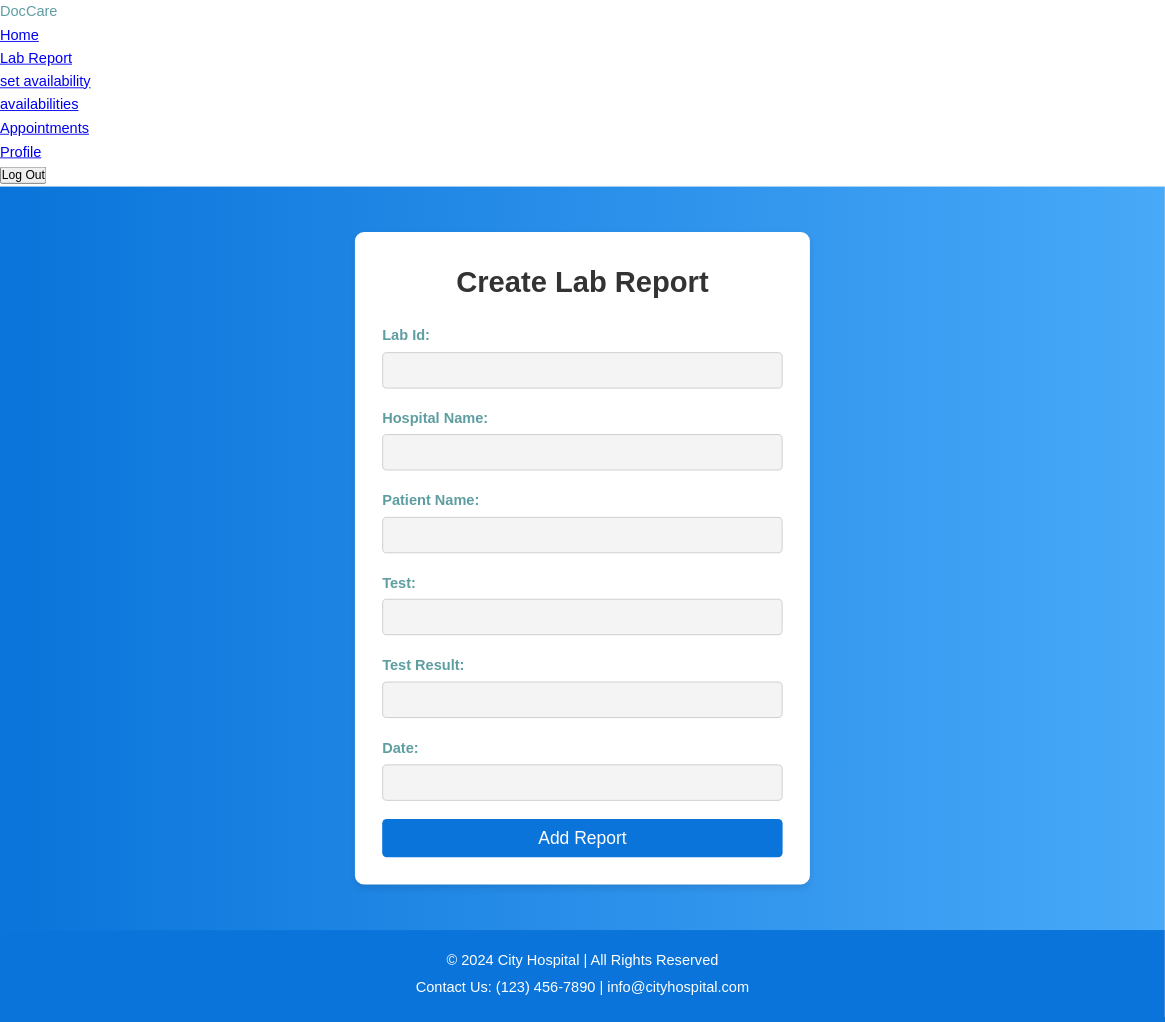
Repository: MonaliWatareka/echanneling
Page: http://localhost/PatientDemo/LabReportCreate.jsp
An editor plug-in stored every save of this project. The page is shown before and after the next save, followed by the edit.
The browser window is 1280 px wide. The pictures show the whole page, at 91% of full size.
The page is served by Tomcat 10. Other server files are loaded and not shown.

Above is the page before, as saved 2024-10-13 07:39:02.

### Project/PatientDemo/src/main/webapp/LabReportCreate.jsp
<%@ page language="java" contentType="text/html; charset=UTF-8"
    pageEncoding="UTF-8"%>
 <!DOCTYPE html>
<html>
<head>
<meta charset="UTF-8">
<title>Insert title here</title>
<link rel="stylesheet" href="${pageContext.request.contextPath}/css/LabReportCreate.css">
<link rel="stylesheet" href="${pageContext.request.contextPath}/css/Home.css">
</head>
<body>
    <header>
            <nav class="navbar">
                <div class="logo">DocCare</div>
                <ul class="nav-links">
                    <li><a href="#" class="link active" >Home</a></li>
                     <li><a href="#" class="link ">Lab Report</a></li>
                    <li><a href="set" class="link ">set availability</a></li>

                    <li><a href="display" class="link ">availabilities</a></li>
                    <li><a href="AppointmentDisplayServlet" class="link ">Appointments</a></li>
                    <li><a href="PatientAccServlet" class="link ">Profile</a></li>
                </ul>
                <div class="auth-buttons">

                    <form action="logoutServlet" method="get">
                        <button type="submit" class="btn">Log Out</button>
                    </form>
                </div>
            </nav>
        </header>

<section id="profile-section">
    <div class="profile-container">
        <h2>Create Lab Report</h2>
        <form action="insert" method="post">
            <div class="profile-field">
                <label for="HID">Lab Id:</label>
                <input type="text" id="id" name="lid" readonly>
            </div>
            <div class="profile-field">
                <label for="Hname">Hospital Name:</label>
                <input type="text" id="id" name="hname" required>
            </div>


            <div class="profile-field">
                <label for="Pname">Patient Name:</label>
                <input type="text" id="id" name="pname" required>
            </div>
            <div class="profile-field">
                <label for="test">Test:</label>
                <input type="text" id="name" name="test" required>
            </div>
            <div class="profile-field">
                <label for="details">Test Result:</label>
                <input type="text" id="address" name="details" required>
            </div>
            <div class="profile-field">
                <label for="date">Date:</label>
                <input type="text" id="phone" name="date" required>
            </div>

            <button type="submit" class="update-btn">Add Report</button>
        </form>
    </div>
</section>

    <footer>
        <div class="footer-container">
            <p>© 2024 City Hospital | All Rights Reserved</p>
            <p>Contact Us: (123) 456-7890 | info@cityhospital.com</p>
        </div>
    </footer>
</body>
</html>

### Project/PatientDemo/src/main/webapp/css/LabReportCreate.css
@charset "UTF-8";
#profile-section {
    background: linear-gradient(to right, #0a74da, #48a9f8);
    padding: 50px 20px;
    display: flex;
    justify-content: center;
    align-items: center;
}

.profile-container {
    background-color: #fff;
    padding: 30px;
    border-radius: 10px;
    width: 500px;
    box-shadow: 0 4px 8px rgba(0, 0, 0, 0.1);
    text-align: center;
}

.profile-container h2 {
    font-size: 2rem;
    margin-bottom: 20px;
    color: #333;
}

.profile-field {
    margin-bottom: 20px;
}

.profile-field label {
    display: block;
    text-align: left;
    font-size: 1rem;
    font-weight: bold;
    margin-bottom: 5px;
}

.profile-field input {
    width: 100%;
    padding: 10px;
    border-radius: 5px;
    border: 1px solid #ccc;
    font-size: 1rem;
    background-color: #f4f4f4;
}

.update-btn {
    background-color: #0a74da;
    color: #fff;
    padding: 10px 20px;
    border-radius: 5px;
    border: none;
    font-size: 1.2rem;
    cursor: pointer;
    width: 100%;
}

.update-btn:hover {
    background-color: #0056a3;
}

### Project/PatientDemo/src/main/webapp/css/Home.css
@charset "UTF-8";

* {
    margin: 0;
    padding: 0;
    box-sizing: border-box;
}

body {
    font-family: Arial, sans-serif;
    line-height: 1.6;
    color: cadetblue;
}




#hero {
    background: url('https://www.example.com/hospital-banner.jpg') no-repeat center center/cover;
    height: 70vh;
    display: flex;
    justify-content: center;
    align-items: center;
    color: #fff;
    text-align: center;
}

#hero h2 {
    font-size: 3rem;
    margin-bottom: 20px;
}

#hero p {
    font-size: 1.2rem;
    margin-bottom: 30px;
}

.cta-btn {
    background-color: #fff;
    color: #fff;
    padding: 10px 20px;
    border-radius: 5px;
    text-decoration: none;
    font-size: 1.2rem;
}


#services {
    padding: 50px 20px;
    background-color: #f4f4f4;
    text-align: center;
}

#services h2 {
    font-size: 2.5rem;
    margin-bottom: 40px;
}

.services-container {
    display: flex;
    justify-content: space-around;
    flex-wrap: wrap;
}

.service-box {
    background-color: #fff;
    padding: 20px;
    margin: 20px;
    border-radius: 10px;
    box-shadow: 0 4px 8px rgba(0, 0, 0, 0.1);
    flex-basis: 20%;
    text-align: center;
}

.service-box h3 {
    font-size: 1.8rem;
    margin-bottom: 15px;
}

.service-box p {
    font-size: 1rem;
}

footer {
    background-color: #0a74da;
    color: #fff;
    padding: 20px;
    text-align: center;
}

footer p {
    margin-bottom: 5px;
}

### Project/PatientDemo/src/main/webapp/css/login.css

* {
    margin: 0;
    padding: 0;
    box-sizing: border-box;
    font-family: 'Arial', sans-serif;
}

body {

    background-color: #fff ;
    display: flex;
    flex-direction: column;
    justify-content: flex-start;
    align-items: center;
    height: 100vh;
}

/* Navigation Bar */
.nav {
    width: 100%;
    height: 80px;
    background:rgb(255, 255, 255);
    display: flex;
    justify-content: space-between;
    align-items: center;
    padding: 0 50px;
    position: fixed;
    top: 0;
    left: 0;
    z-index: 100;
}

.nav-logo p {
    color: #000000;
    font-size: 24px;
    font-weight: bold;
}

.nav-menu ul {
    list-style: none;
    display: flex;
}

.nav-menu ul li {
    margin-right: 20px;
}

.nav-menu ul li a {
    color: #000000;
    text-decoration: none;
    font-size: 15px;
    transition: color 0.3s ease;
}

.nav-menu ul li a:hover,
.nav-menu ul li a.active {
    color:cadetblue;
}

.nav-button .btn {
    background-color: cadetblue;
    color: #fff;
    padding: 10px 20px;
    border: none;
    cursor: pointer;
    border-radius: 30px;
    transition: background-color 0.3s ease;
}

.nav-button .btn:hover {
    background-color: lightblue;
}

/* Wrapper and Form Styles */
.wrapper {

    width: 90%;
    max-width: 400px;
    padding: 20px;
    border: none;
    position: relative;
    margin-top: 120px;
    display: flex;
    justify-content: center;
    align-items: center;
    flex-direction: column;

}

.form-box {
    width: 500px;
    position: relative;

}

header {
    font-size: 20px;
    margin-top: 10px;
    font-weight: bold;
    margin-bottom: 20px;
    text-align: center;
}
label{
    font-size: 12px;
    margin-left: 10px;

}
.input-box {
    position: relative;

    margin-bottom: 20px;
}

.input-box i {
    position: absolute;
    left: 10px;
    top: 20px;
    color: #888;
}

.input-field {
    width: 95%;
    margin-top: 10px;
    padding: 10px 40px;
    border: 1px solid #ddd;
    border-radius: 25px;
    font-size: 14px;
}

.submit {
    width: 100%;
    padding: 10px;
    background-color: cadetblue;
    color: #fff;
    border: none;
    border-radius: 25px;
    cursor: pointer;
    font-size: 14px;
    transition: background-color 0.3s ease;
}

.submit:hover {
    background-color: lightblue;
}

.login-container,
.register-container {
    display: none;
    position: absolute;
    width: 100%;
    border: cadetblue solid;
    border-radius: 25px;
    padding: 20px;
    box-shadow: 8px 8px rgba(0, 0, 0, 0.1);

}
.form-container{

    width: 100%;
    max-width: 500px;
    margin: 0 auto;
    border: cadetblue solid;

    padding: 20px;
    box-shadow: 8px 8px rgba(0, 0, 0, 0.1);
    display: flex;
    flex-direction: column;
    padding: 0 10px;

}


.login-container.active,
.register-container.active {
    display: block;

}
.input-box select.input-field {
    padding: 10px 40px;
    -webkit-appearance: none; /* Remove default dropdown arrow appearance in WebKit browsers */
    -moz-appearance: none; /* Remove default dropdown arrow appearance in Mozilla browsers */
    appearance: none; /* Remove default dropdown arrow appearance in all browsers */
}
span {

    font-size: 20px;
    display: block;
    margin-bottom: 20px;
    text-align: center;
}

span a {
    color: cadetblue;
    cursor: pointer;
    text-decoration: none;
}

span a:hover {
    text-decoration: underline;
}

@media (max-width: 768px) {
    .nav {
        padding: 0 20px; /* Reduced padding for smaller screens */
        height: 60px; /* Adjusted height */
    }

    .nav-logo p {
        font-size: 20px; /* Smaller font size for logo */
    }

    .nav-menu ul li {
        margin-right: 10px; /* Reduced margin for menu items */
    }

    .nav-menu ul li a {
        font-size: 10px; /* Smaller font size for links */
    }

    .wrapper {
        width: 90%;
        margin-top: 100px; /* Adjust margin to fit screen */
    }

    header {
        font-size: 24px; /* Smaller font size for header */
    }

    .input-field {
        font-size: 14px; /* Smaller font size for input fields */
    }

    .submit {
        font-size: 14px; /* Smaller font size for submit button */
    }

    span {
        font-size: 15x; /* Smaller font size for span */
    }
}

@media (max-width: 480px) {
    .nav {
        padding: 0 10px; /* Further reduced padding for very small screens */
        height: 50px; /* Adjusted height */
    }

    .nav-logo p {
        font-size: 18px; /* Even smaller font size for logo */
    }

    .nav-menu ul li {
        margin-right: 5px; /* Further reduced margin for menu items */
    }

    .nav-menu ul li a {
        font-size: 8px; /* Even smaller font size for links */
    }

    .wrapper {
        margin-top: 80px; /* Further adjusted margin */
    }

    header {
        font-size: 20px; /* Smaller font size for header */
    }

    .input-field {
        font-size: 12px; /* Smaller font size for input fields */
    }

    .submit {
        font-size: 12px; /* Smaller font size for submit button */
    }

    span {
        font-size: 18px; /* Smaller font size for span */
    }
}

After the next save:
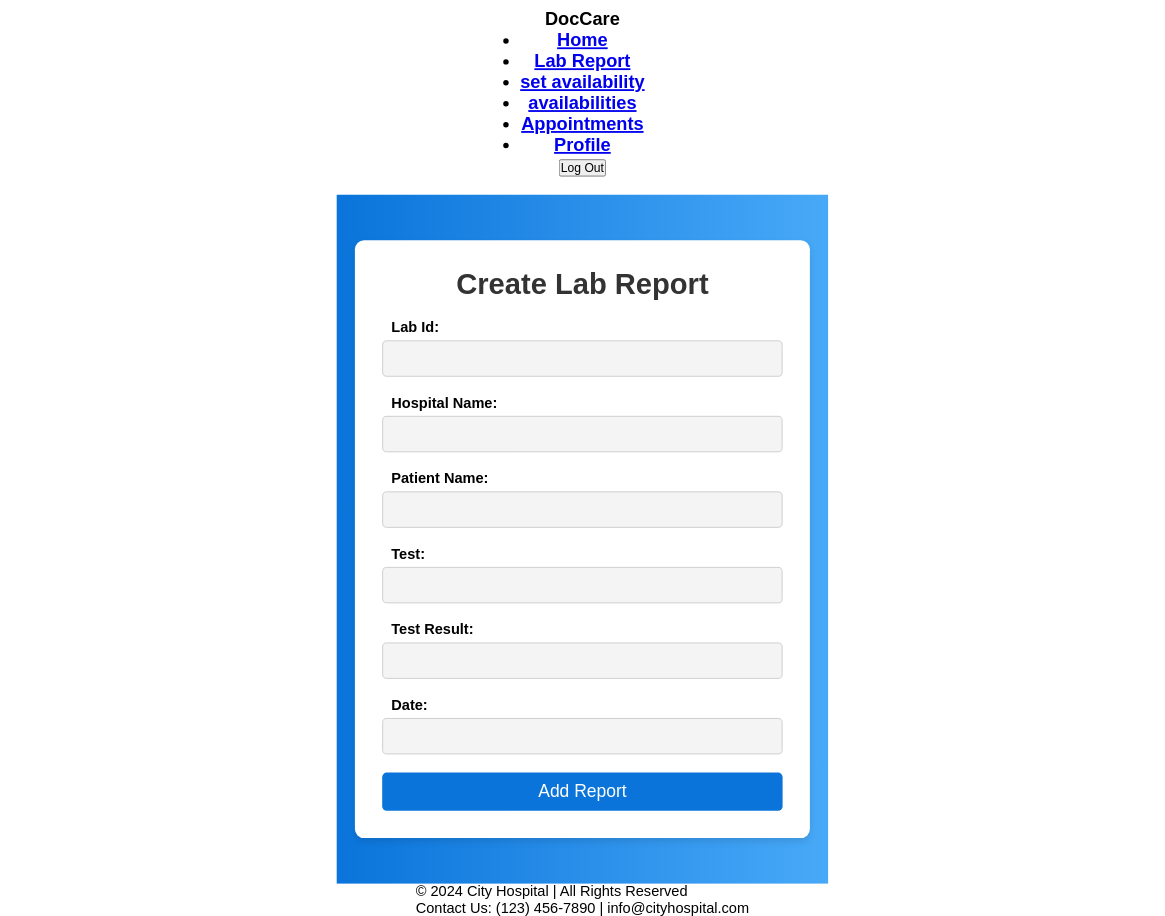
Saved 2 min 9 s later.
--- a/Project/PatientDemo/src/main/webapp/LabReportCreate.jsp
+++ b/Project/PatientDemo/src/main/webapp/LabReportCreate.jsp
@@ -6,7 +6,7 @@
 <meta charset="UTF-8">
 <title>Insert title here</title>
 <link rel="stylesheet" href="${pageContext.request.contextPath}/css/LabReportCreate.css">
-<link rel="stylesheet" href="${pageContext.request.contextPath}/css/Home.css">
+<link rel="stylesheet" href="${pageContext.request.contextPath}/css/login.css">
 </head>
 <body>
     <header>

After the 2 saves that followed:
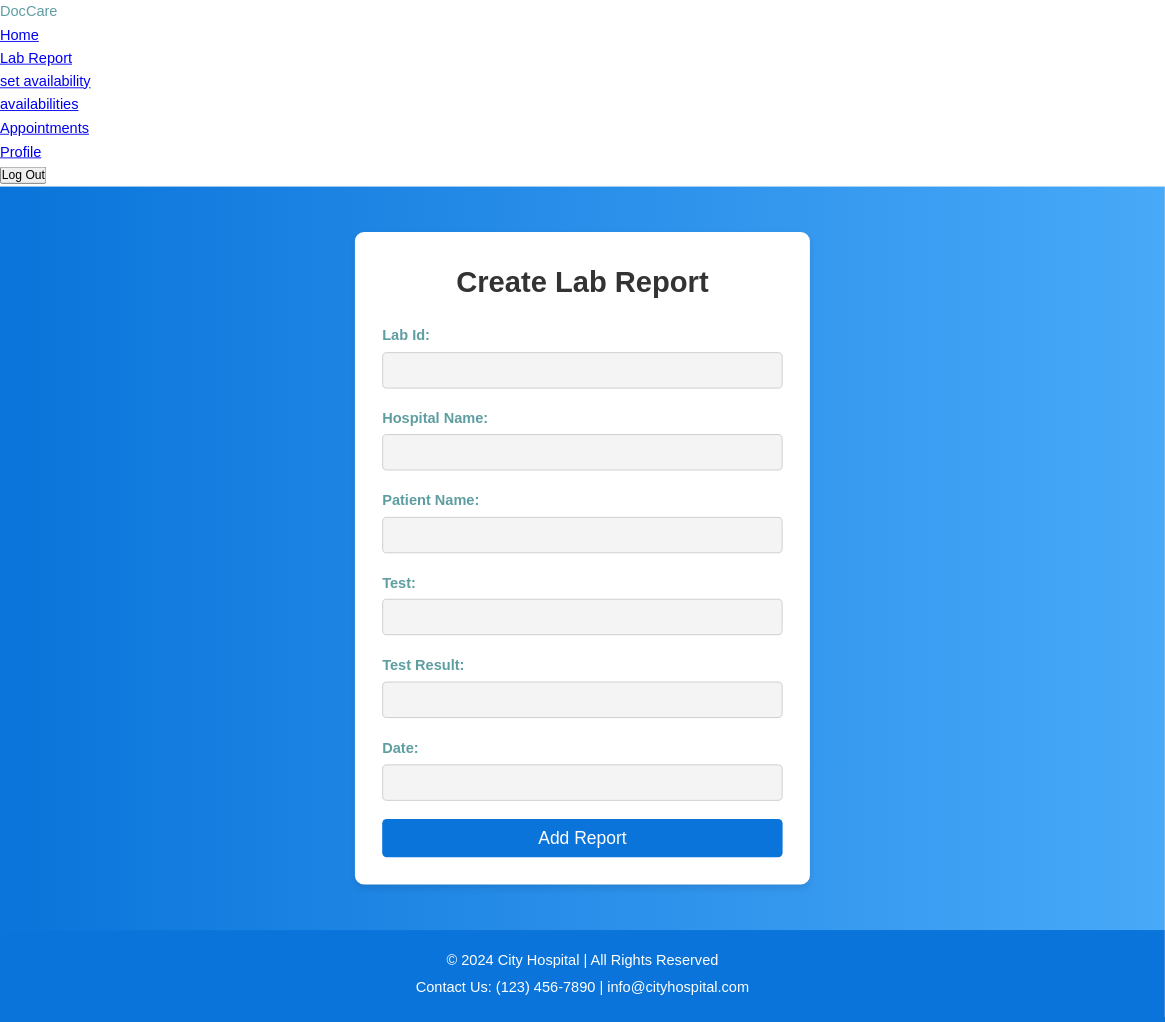
The 2 saves are shown as one change because 1 left the picture as it was.
The last was saved 49 s later.
--- a/Project/PatientDemo/src/main/webapp/LabReportCreate.jsp
+++ b/Project/PatientDemo/src/main/webapp/LabReportCreate.jsp
@@ -6,7 +6,7 @@
 <meta charset="UTF-8">
 <title>Insert title here</title>
 <link rel="stylesheet" href="${pageContext.request.contextPath}/css/LabReportCreate.css">
-<link rel="stylesheet" href="${pageContext.request.contextPath}/css/login.css">
+<link rel="stylesheet" href="${pageContext.request.contextPath}/css/Home.css">
 </head>
 <body>
     <header>
